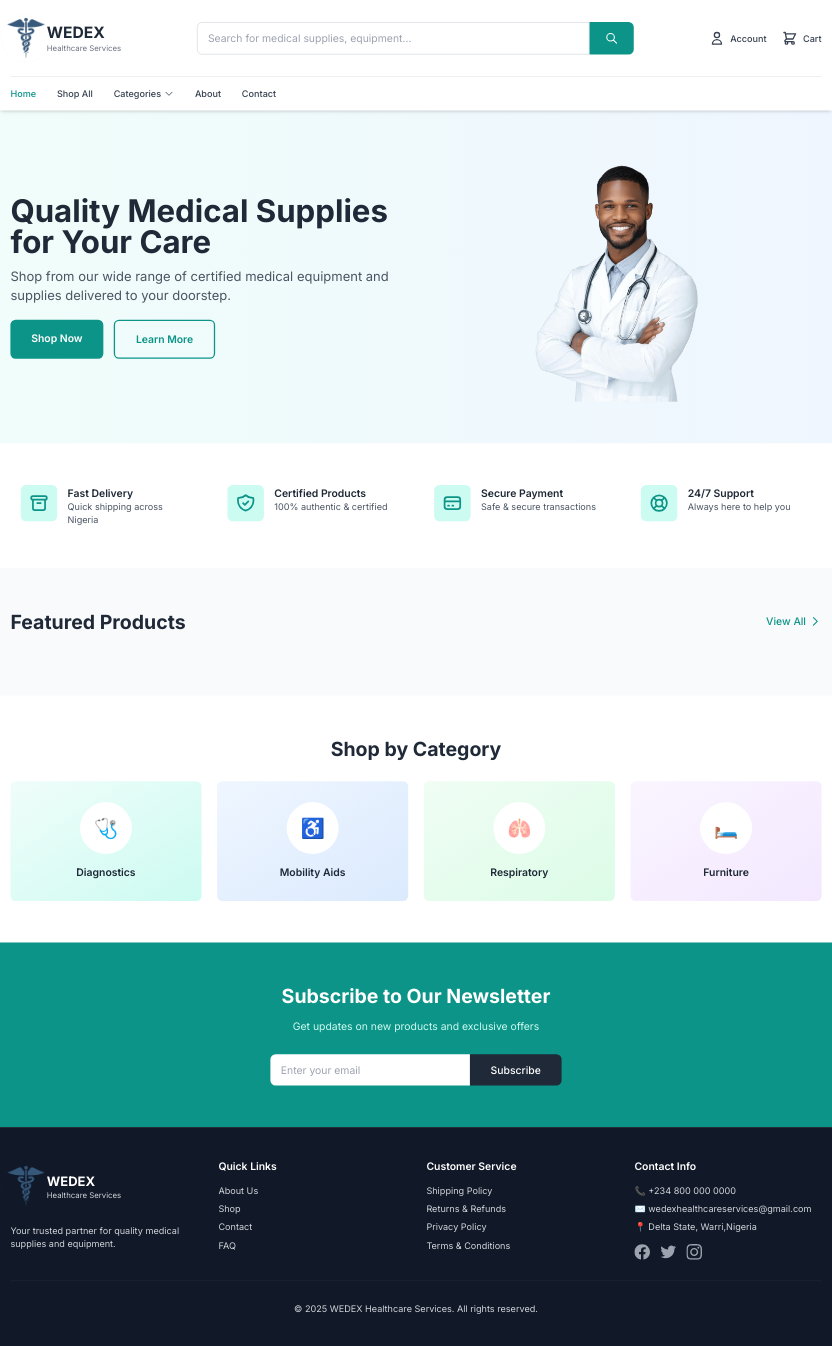
Repository: ICARUSTUDIO/WEDEX
Page: http://localhost/yourproject/
The author's editor kept a copy of each file at every save. The page is drawn from the files as they stood at one save, then again after the next save.
The browser window is 1280 px wide. The pictures show the whole page, at 65% of full size.
Some web libraries are served in a nearby version. The page is run by PHP 8.4 with error messages shown; the project is at /var/www/html/. Queries for data that is not in the repository find no rows.

Above is the page before, as saved 2025-10-03 09:29:05.

After the next save:
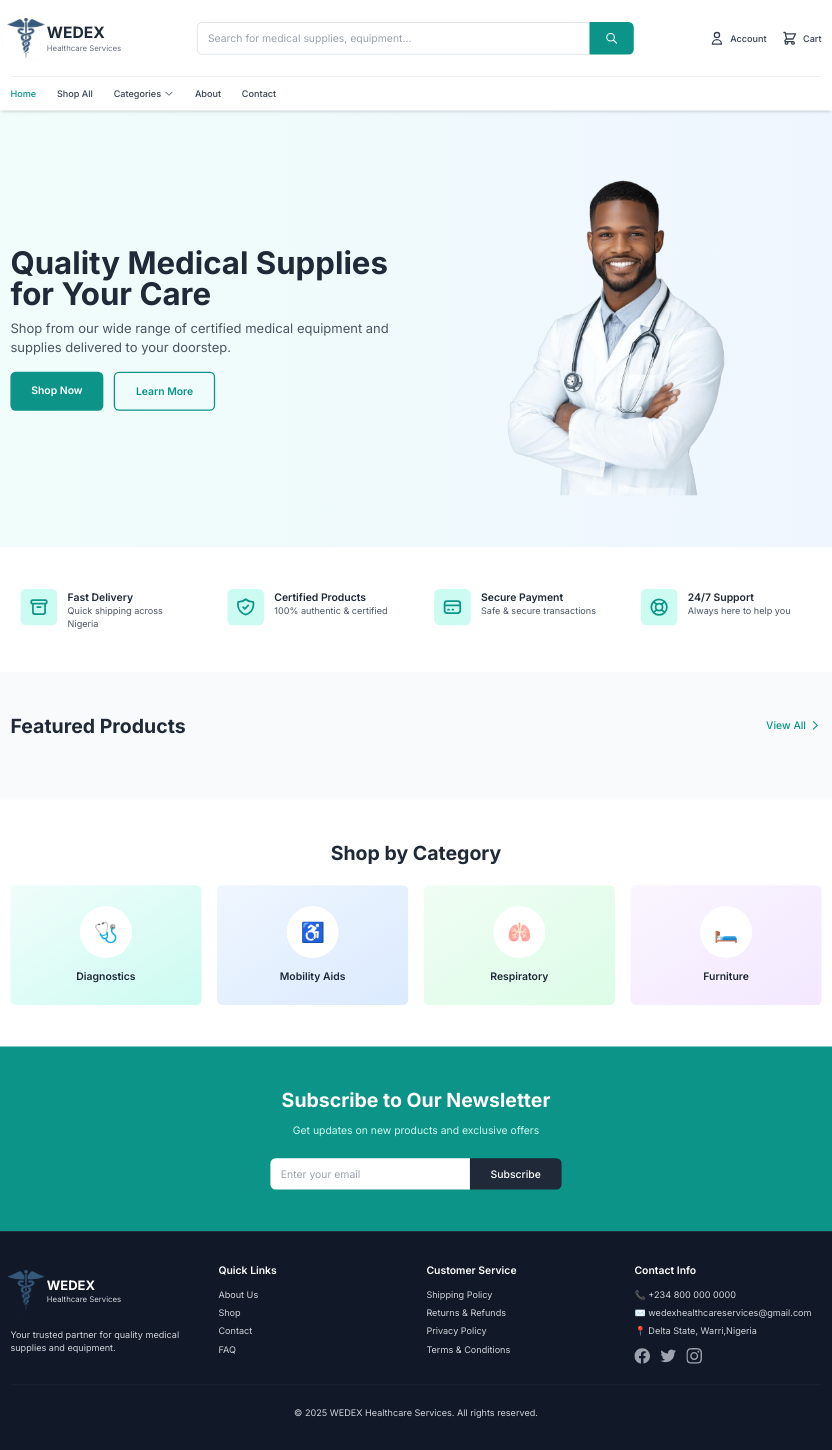
Saved 4 min 32 s later.
--- a/index.php
+++ b/index.php
@@ -32,7 +32,7 @@ if (isset($_SESSION['user_id'])) {
     <?php require 'Static/header.php'; ?>
 
     <!-- Hero Section -->
-    <section class="bg-gradient-to-r from-teal-50 to-blue-50 py-16">
+    <section class="bg-gradient-to-r from-teal-50 to-blue-50 py-20">
         <div class="container mx-auto px-4">
             <div class="flex flex-col md:flex-row items-center">
                 <div class="md:w-1/2 mb-8 md:mb-0">
@@ -44,7 +44,7 @@ if (isset($_SESSION['user_id'])) {
                     </div>
                 </div>
                 <div class="md:w-1/2">
-                    <div class="rounded-2xl h-96 flex items-center justify-center">
+                    <div class="rounded-2xl h-[32rem] flex items-center justify-center">
                          <img class="h-full object-contain" src="images/doctor_homepage.png" alt="Doctor with medical equipment">
                     </div>
                 </div>
